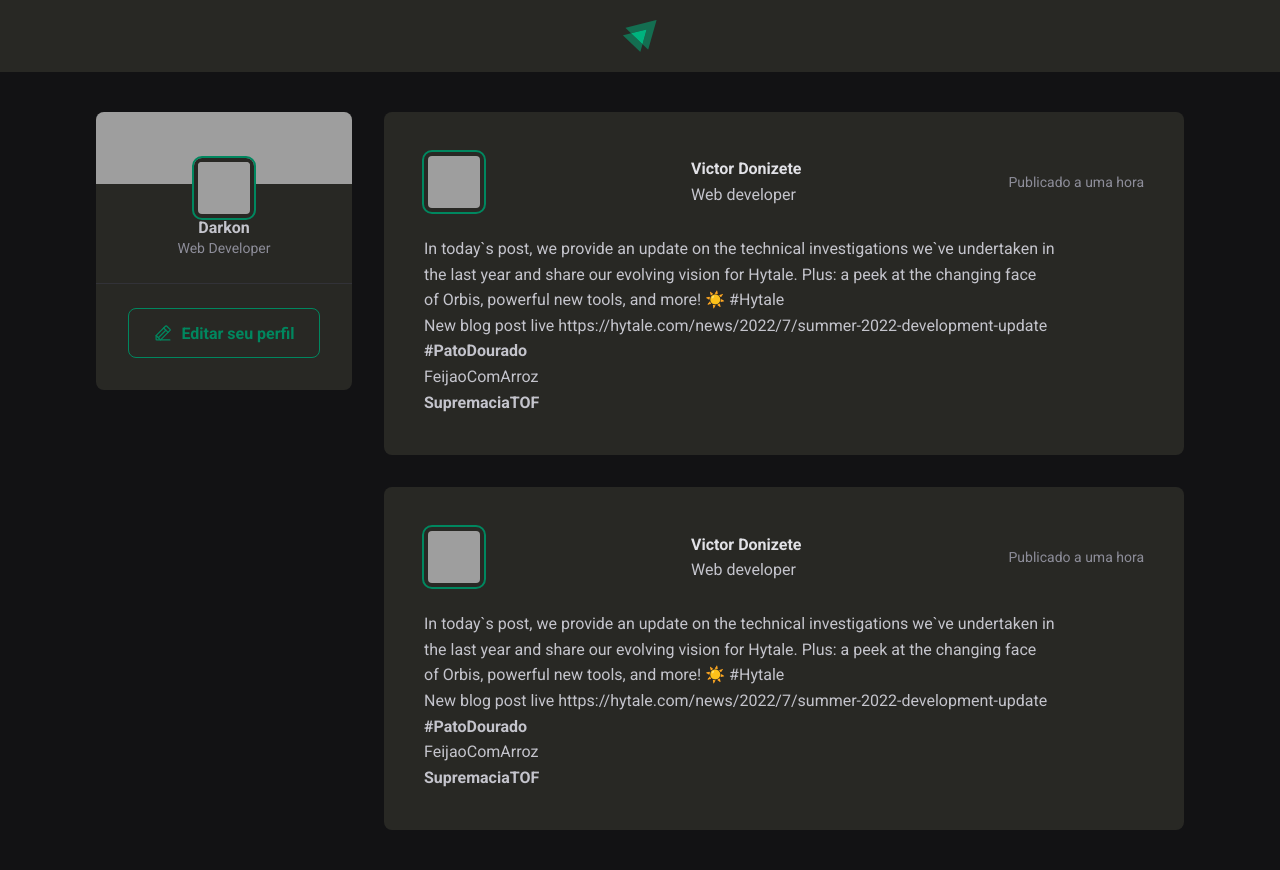
Repository: viviij/PseudoRedeSocial
Page: /
The author's editor kept a copy of each file at every save. The page is drawn from the files as they stood at one save, then again after the next save.
The browser window is 1280 px wide. The pictures show the whole page.
Pictures or frames that could not be fetched are drawn as grey boxes. The project was rebuilt for these pictures with package versions that can differ from the ones it lists, and the page was loaded fresh each time. Also part of the build but not shown: vite.config.js.

Above is the page before, as saved 2022-08-02 11:55:58.

After the next save:
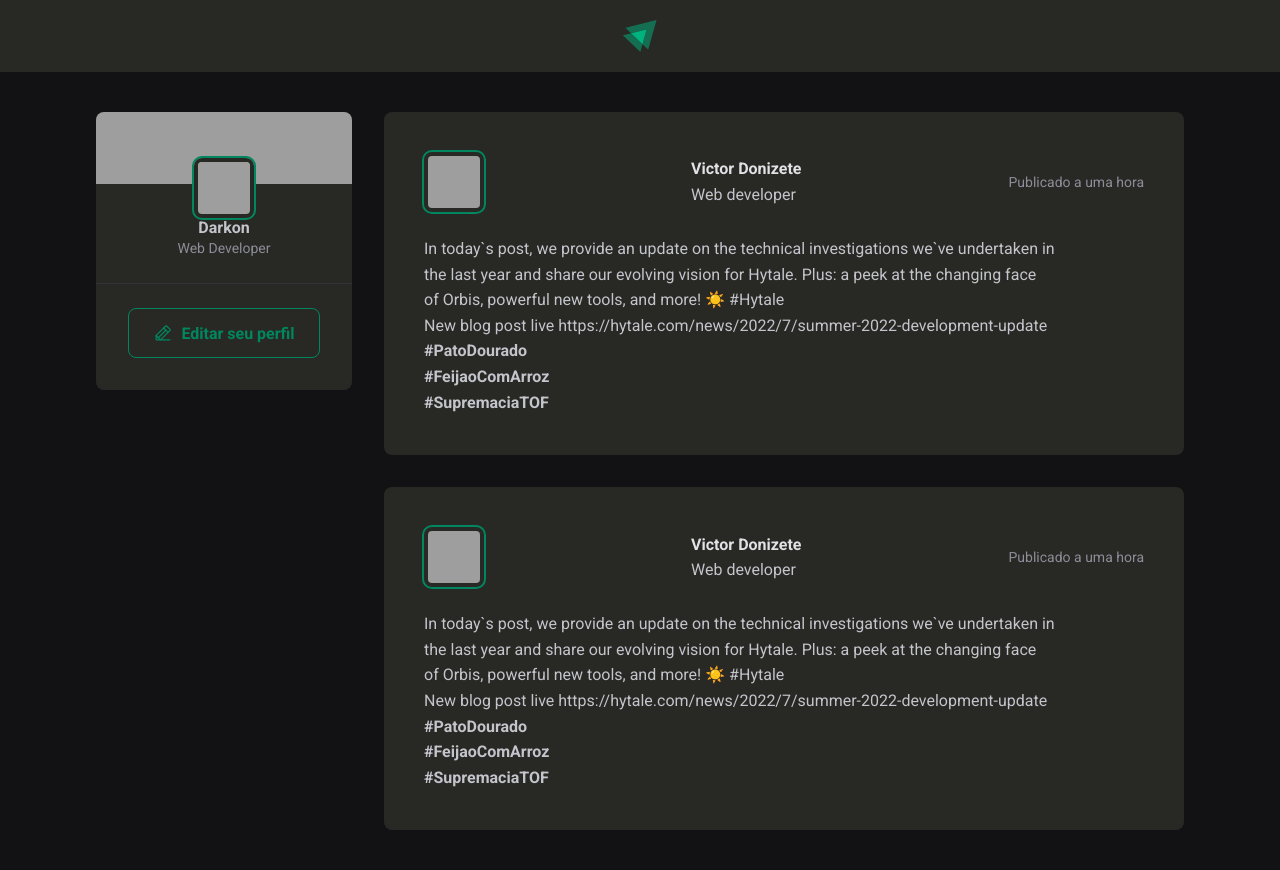
Saved 64 s later.
--- a/src/components/Post.jsx
+++ b/src/components/Post.jsx
@@ -21,8 +21,8 @@ export function Post() {
         <p>New blog post live https://hytale.com/news/2022/7/summer-2022-development-update</p>
 
         <p><a href="#">#PatoDourado</a></p>{' '}
-        <p><a href="#"></a>FeijaoComArroz</p>{' '}
-        <p><a href="#">SupremaciaTOF</a></p>
+        <p><a href="#">#FeijaoComArroz</a></p>{' '}
+        <p><a href="#">#SupremaciaTOF</a></p>
       </div>
     </article>
   )
